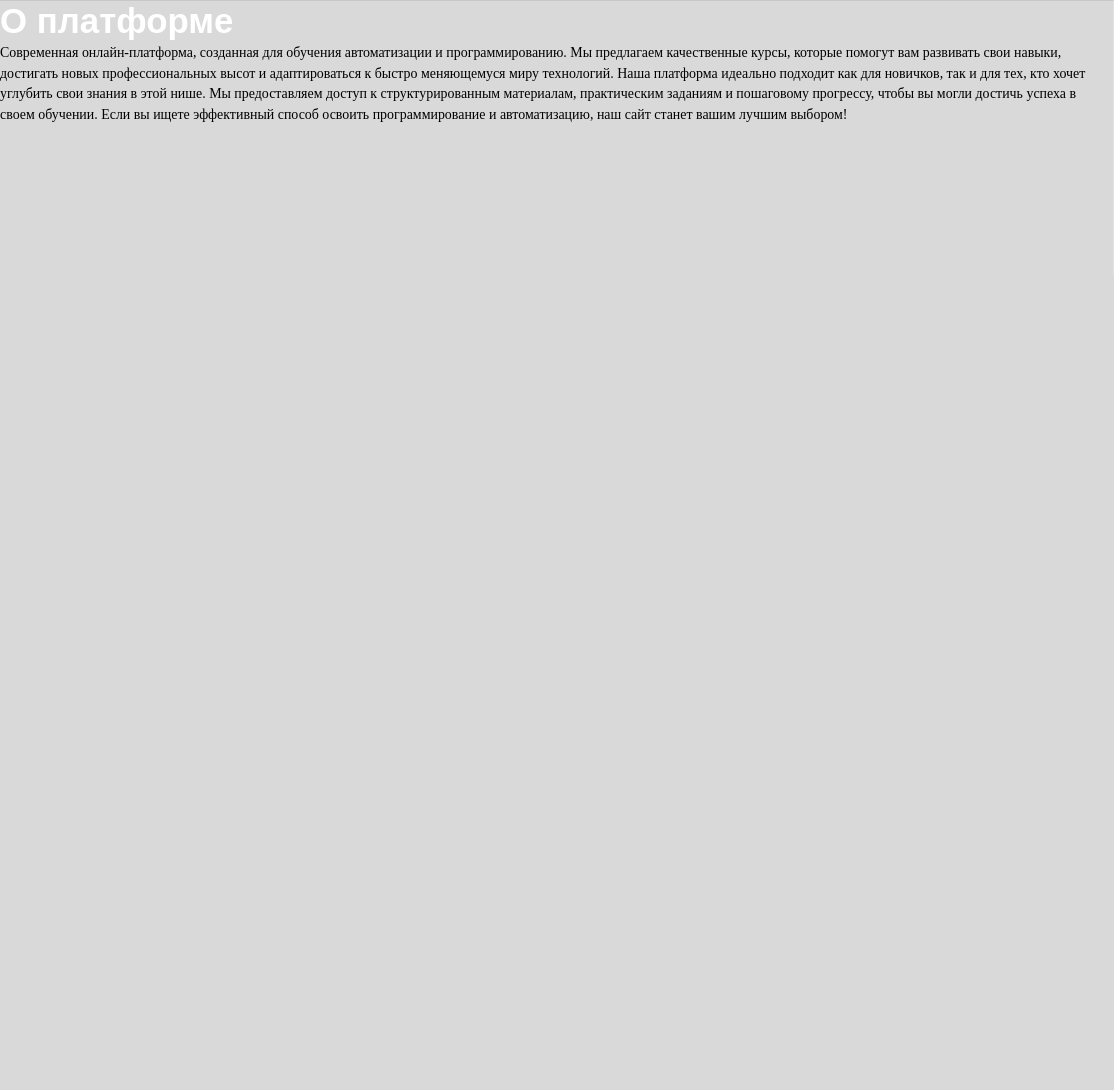
Repository: marjango/course
Page: /
The author's editor kept a copy of each file at every save. The page is drawn from the files as they stood at one save, then again after the next save.
The browser window is 1280 px wide. The pictures show the part of the page from y = 853 to 2106 px (the page is 2106 px tall), at 87% of full size.
The project was rebuilt for these pictures with package versions that can differ from the ones it lists, and the page was loaded fresh each time. The framework's server and built-in components were replaced by stand-ins that run in the browser. Also part of the build but not shown: next.config.ts.

Above is the page before, as saved 2025-03-25 00:20:49.

After the next save:
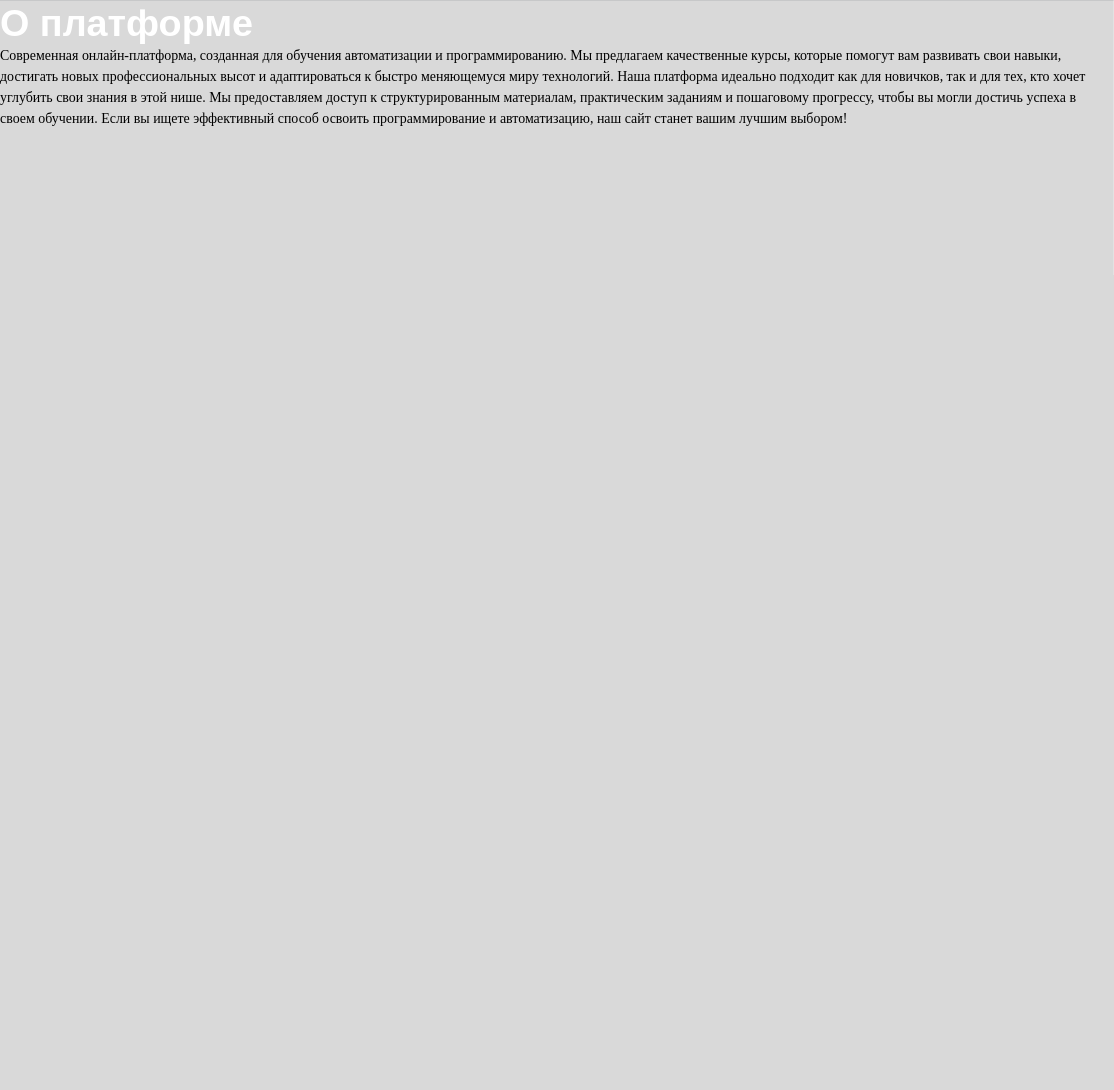
Saved 18 s later.
--- a/app/globals.css
+++ b/app/globals.css
@@ -6,7 +6,7 @@
 
 h1 {
   font-family: 'Intro Friday', sans-serif;
-  font-size: 40px;
+  font-size: 3.39vw;
   line-height: 1.2;
   color: white;
   font-weight: bold;
